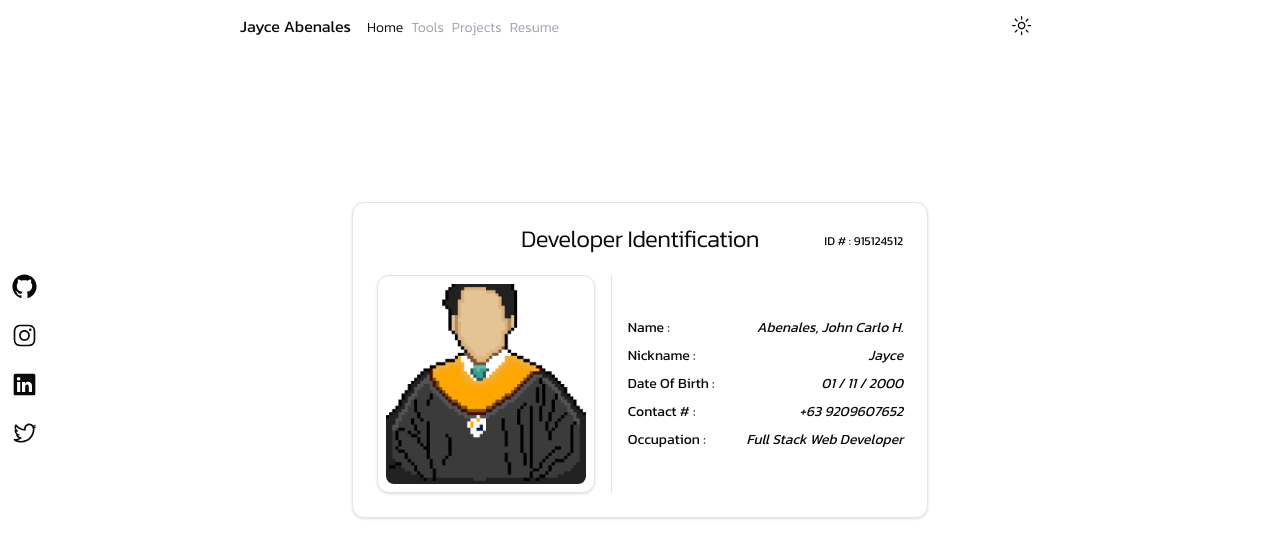
Repository: Jeysmeister/JayceAbenales
Page: /
These files come from the project's save history. The page is drawn as it stood at one moment and after the next save; the edit follows.
The browser window is 1280 px wide. The pictures show the whole page.
The project was rebuilt for these pictures with package versions that can differ from the ones it lists, and the page was loaded fresh each time. The framework's server and built-in components were replaced by stand-ins that run in the browser. Also part of the build but not shown: next.config.mjs.

Above is the page before, as saved 2024-10-08 20:37:21.

After the next save:
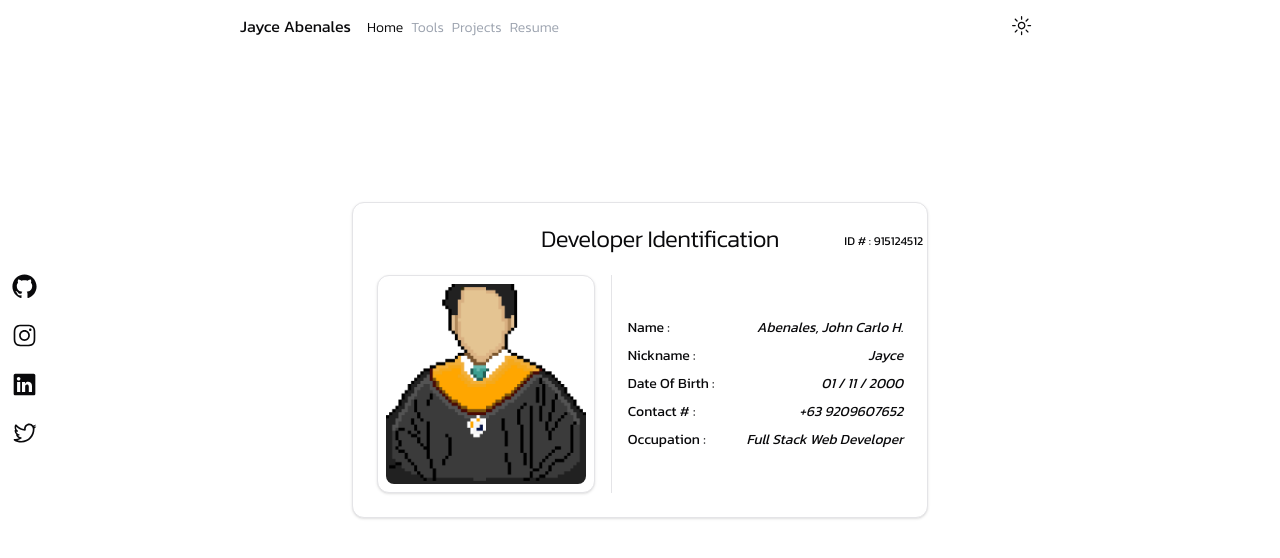
Saved 6 s later.
--- a/app/page.tsx
+++ b/app/page.tsx
@@ -17,7 +17,7 @@
 };
 
 const item = {
-  hidden: { y: 20, opacity: 0 },
+  hidden: { x: 20, opacity: 0 },
   visible: {
     y: 0,
     opacity: 1,
